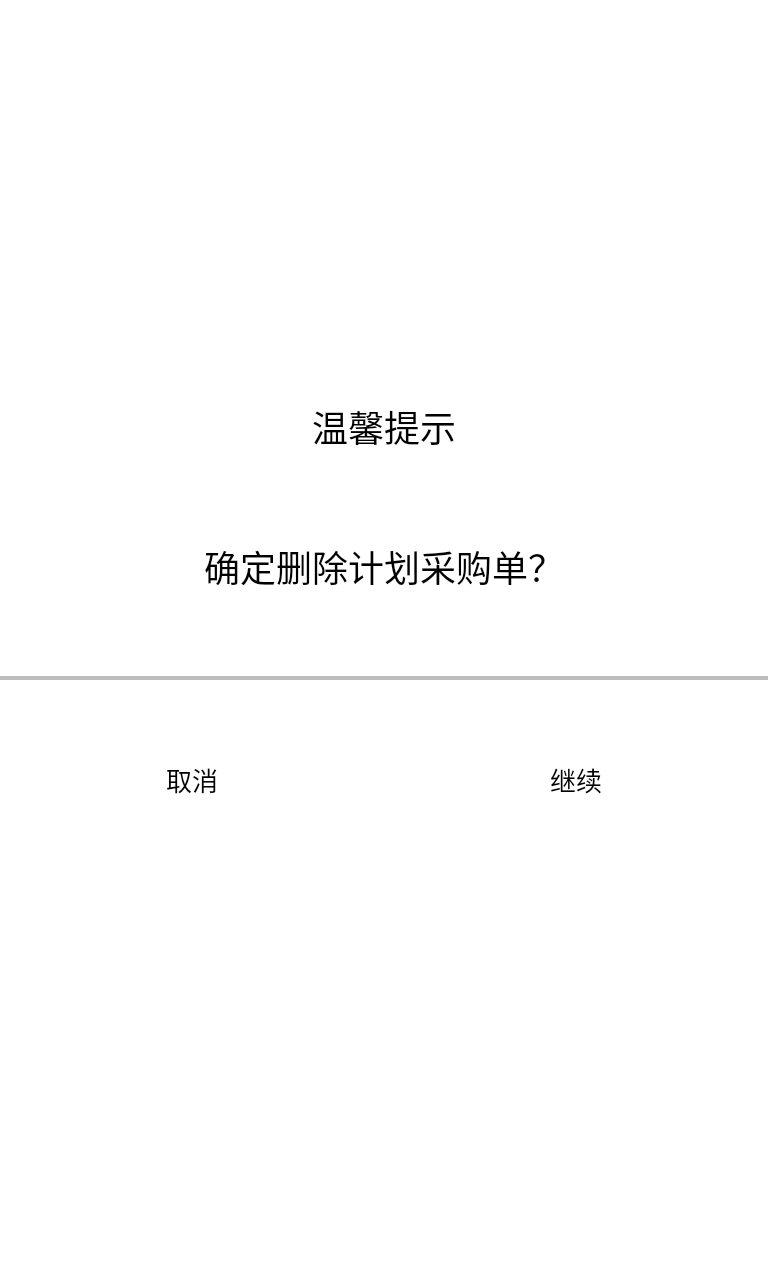
Repository: longxuep/ync
Layout: ync/Test/res/layout/view_dialog.xml
These files come from the project's save history. The layout is drawn as it stood at one moment and after the next save; the edit follows.
It is drawn on a 768 x 1280 px phone screen (xhdpi) without system bars, with theme AppTheme; the app's code is not run.

Above is the layout before, as saved 2016-08-08 06:44:17.

### ync/Test/res/layout/view_dialog.xml
<?xml version="1.0" encoding="utf-8"?>
<LinearLayout xmlns:android="http://schemas.android.com/apk/res/android"
    android:layout_width="match_parent"
    android:layout_height="match_parent"
    android:gravity="center"
    android:layout_gravity="center"
    android:background="@android:color/transparent"
    android:orientation="vertical" >

    <RelativeLayout
        android:id="@+id/pageinfo_success_code"
        android:layout_width="fill_parent"
        android:layout_height="240dp"
        android:clickable="true"
        android:background="#ffffff"
        android:visibility="visible" >
         <TextView
            android:id="@+id/dialog_title"
            android:layout_width="wrap_content"
            android:layout_height="wrap_content"
            android:layout_centerHorizontal="true"
            android:gravity="center"
            android:text="温馨提示"
            android:textSize="36px" />

        <TextView
            android:id="@+id/dialog_content"
            android:layout_width="wrap_content"
            android:layout_height="wrap_content"
            android:layout_marginTop="70dp"
            android:layout_centerHorizontal="true"
            android:gravity="center"
            android:text="确定删除计划采购单？"
            android:textSize="36px" />

        <View
            android:id="@+id/view_v1"
            android:layout_width="fill_parent"
            android:layout_height="2dp"
            android:layout_above="@+id/ly_v1"
            android:background="#bcbcbc" />

        <LinearLayout
            android:id="@+id/ly_v1"
            android:layout_width="fill_parent"
            android:layout_height="100dp"
            android:layout_alignParentBottom="true"
            android:orientation="horizontal" >

            <TextView
                android:id="@+id/dialog_out"
                android:layout_width="match_parent"
                android:layout_height="match_parent"
                android:layout_weight="1"
                android:gravity="center"
                android:paddingBottom="20px"
                android:paddingTop="20px"
                android:text="取消"
                android:textSize="26px" />


            <TextView
                android:id="@+id/dialog_confirm"
                android:layout_width="match_parent"
                android:layout_height="match_parent"
                android:layout_weight="1"
                android:gravity="center"
                android:paddingBottom="20px"
                android:paddingTop="20px"
                android:text="继续"
                android:textSize="26px" />
        </LinearLayout>
    </RelativeLayout>

</LinearLayout>

After the next save:
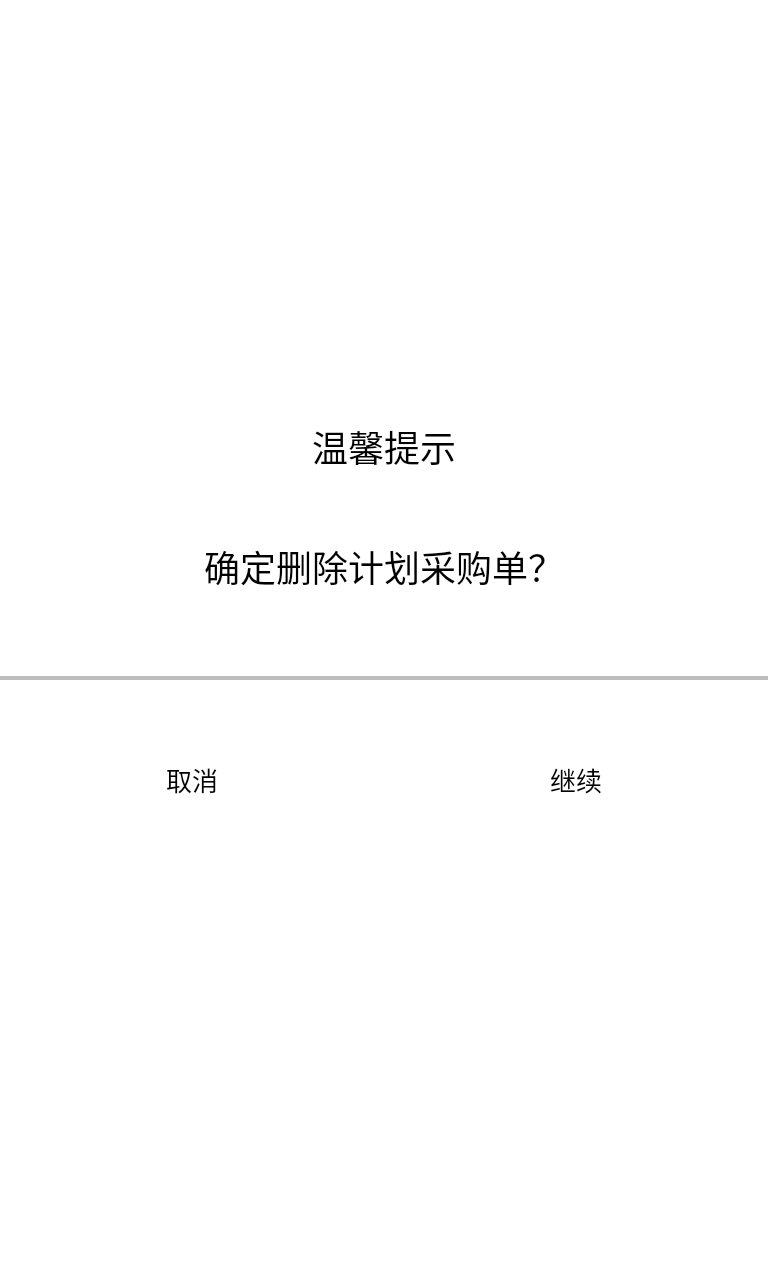
Saved 23 s later.
--- a/ync/Test/res/layout/view_dialog.xml
+++ b/ync/Test/res/layout/view_dialog.xml
@@ -18,6 +18,7 @@
             android:id="@+id/dialog_title"
             android:layout_width="wrap_content"
             android:layout_height="wrap_content"
+            android:layout_marginTop="10dp"
             android:layout_centerHorizontal="true"
             android:gravity="center"
             android:text="温馨提示"
